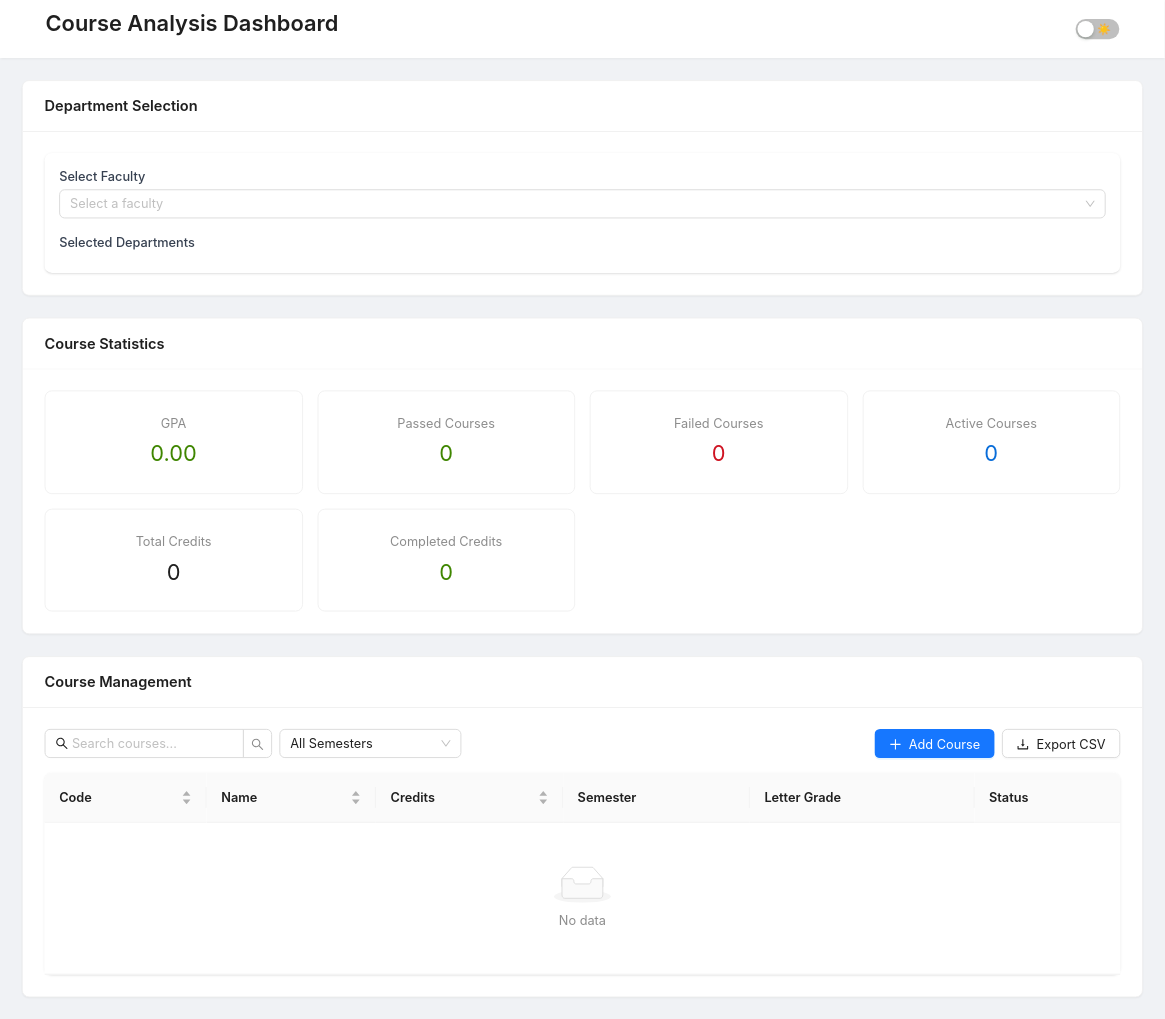
Repository: heudev/ieu-eduanalyzer
Page: /
These files come from the project's save history. The page is drawn as it stood at one moment and after the next save; the edit follows.
The browser window is 1280 px wide. The pictures show the whole page, at 91% of full size.
The project was rebuilt for these pictures with package versions that can differ from the ones it lists, and the page was loaded fresh each time. Also part of the build but not shown: vite.config.ts.

Above is the page before, as saved 2025-01-17 00:16:48.

After the next save:
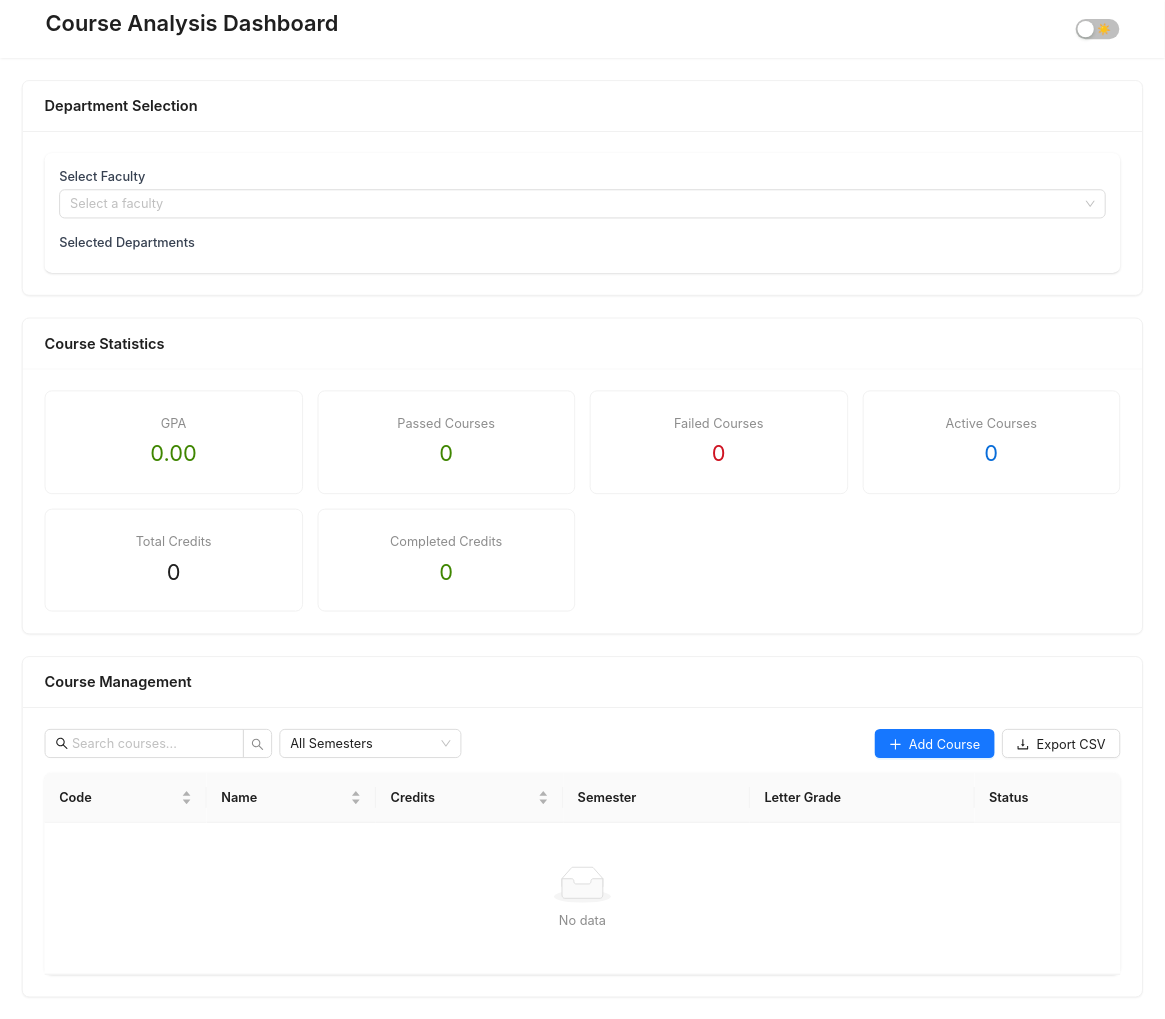
Saved 20 s later.
--- a/src/index.css
+++ b/src/index.css
@@ -7,23 +7,111 @@ body {
   font-family: -apple-system, BlinkMacSystemFont, "Segoe UI", "Roboto", "Oxygen", "Ubuntu", "Cantarell", "Fira Sans", "Droid Sans", "Helvetica Neue", sans-serif;
   -webkit-font-smoothing: antialiased;
   -moz-osx-font-smoothing: grayscale;
-  background-color: #f0f2f5;
 }
 
 .ant-layout {
-  background-color: #f0f2f5;
+  background-color: inherit;
 }
 
 .ant-card {
   border-radius: 8px;
 }
 
+.ant-card-head {
+  border-top-left-radius: 8px;
+  border-top-right-radius: 8px;
+}
+
 .ant-statistic-title {
-  color: #666;
+  color: inherit;
 }
 
 .ant-select {
   width: 100%;
+}
+
+/* Dark theme overrides */
+[data-theme="dark"] .ant-card {
+  background-color: #1f2937;
+  border-color: #374151;
+}
+
+[data-theme="dark"] .ant-card-head {
+  background-color: #1f2937;
+  border-color: #374151;
+}
+
+[data-theme="dark"] .ant-table {
+  background-color: #1f2937;
+  color: #e5e7eb;
+}
+
+[data-theme="dark"] .ant-table-thead > tr > th {
+  background-color: #374151;
+  color: #e5e7eb;
+  border-color: #4b5563;
+}
+
+[data-theme="dark"] .ant-table-tbody > tr > td {
+  border-color: #4b5563;
+}
+
+[data-theme="dark"] .ant-table-tbody > tr:hover > td {
+  background-color: #374151;
+}
+
+[data-theme="dark"] .ant-select-selector {
+  background-color: #374151 !important;
+  border-color: #4b5563 !important;
+  color: #e5e7eb !important;
+}
+
+[data-theme="dark"] .ant-select-dropdown {
+  background-color: #1f2937;
+  border-color: #374151;
+}
+
+[data-theme="dark"] .ant-select-item {
+  color: #e5e7eb;
+}
+
+[data-theme="dark"] .ant-select-item-option-selected {
+  background-color: #374151;
+}
+
+[data-theme="dark"] .ant-input {
+  background-color: #374151;
+  border-color: #4b5563;
+  color: #e5e7eb;
+}
+
+[data-theme="dark"] .ant-input:hover,
+[data-theme="dark"] .ant-input:focus {
+  border-color: #60a5fa;
+}
+
+[data-theme="dark"] .ant-btn {
+  border-color: #4b5563;
+  color: #e5e7eb;
+}
+
+[data-theme="dark"] .ant-btn-primary {
+  background-color: #3b82f6;
+  border-color: #3b82f6;
+}
+
+[data-theme="dark"] .ant-modal-content,
+[data-theme="dark"] .ant-modal-header {
+  background-color: #1f2937;
+  color: #e5e7eb;
+}
+
+[data-theme="dark"] .ant-modal-title {
+  color: #e5e7eb;
+}
+
+[data-theme="dark"] .ant-form-item-label > label {
+  color: #e5e7eb;
 }
 
 @media (max-width: 768px) {
